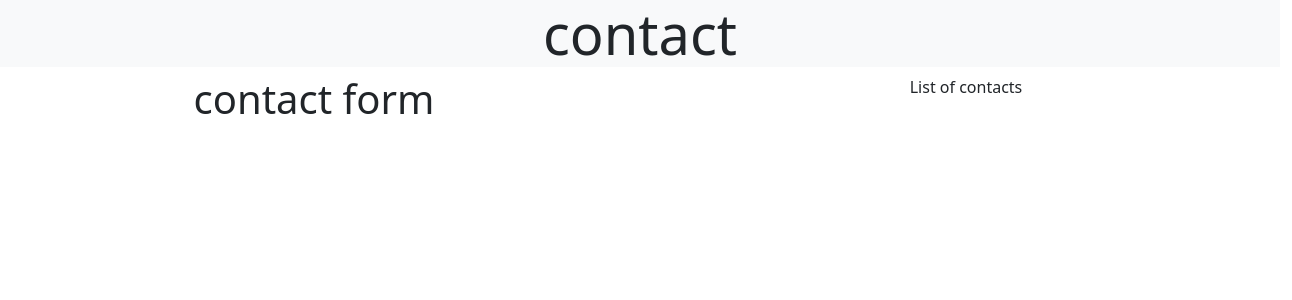
Repository: sahil801/my-react
Page: / (app in finalassignment/)
An editor plug-in stored every save of this project. The page is shown before and after the next save, followed by the edit.
The browser window is 1280 px wide. The page is 1292 px wide, so the pictures cover 1292 px, including what lies to the right of the window. The pictures show the whole page.
The project was rebuilt for these pictures with package versions that can differ from the ones it lists, and the page was loaded fresh each time.

Above is the page before, as saved 2021-10-28 12:20:05.

After the next save:
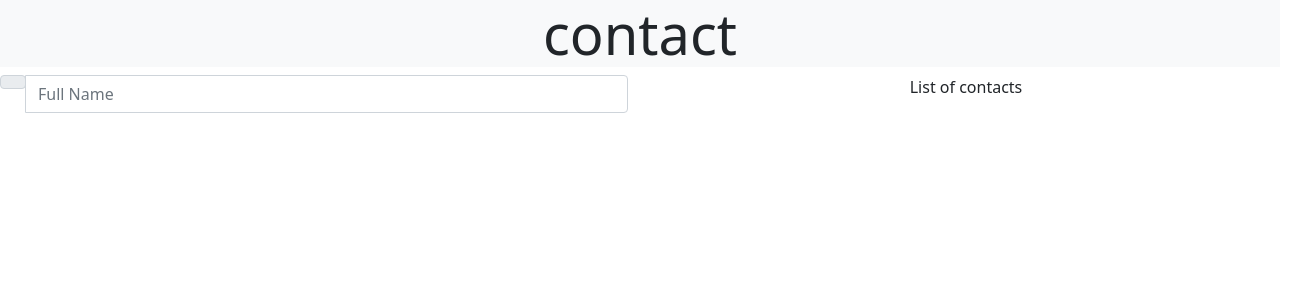
Saved 11 min 21 s later.
--- a/finalassignment/src/components/contactform.js
+++ b/finalassignment/src/components/contactform.js
@@ -1,9 +1,27 @@
-import React from 'react'
+import React ,{useState,useEffect} from 'react'
 
 export default function Contactform() {
+
+    const initialFieldValue = {
+        name : '',
+        mobile : '',
+        email : '',
+        address : ''
+    }
+    const [value,setValue] = useState(initialFieldValue);
+
     return (
         <div>
-            <h1>contact form</h1>
+            <div className="form-group input-group">
+                <div className="input-group-prepend">
+                    <div className="input-group-text">
+                        <i className="fas fa-user"></i>
+                    </div>
+                </div>
+                <input className="form-control" placeholder="Full Name" name="name"
+                    value={value.name}
+                />
+            </div>
         </div>
     )
 }
